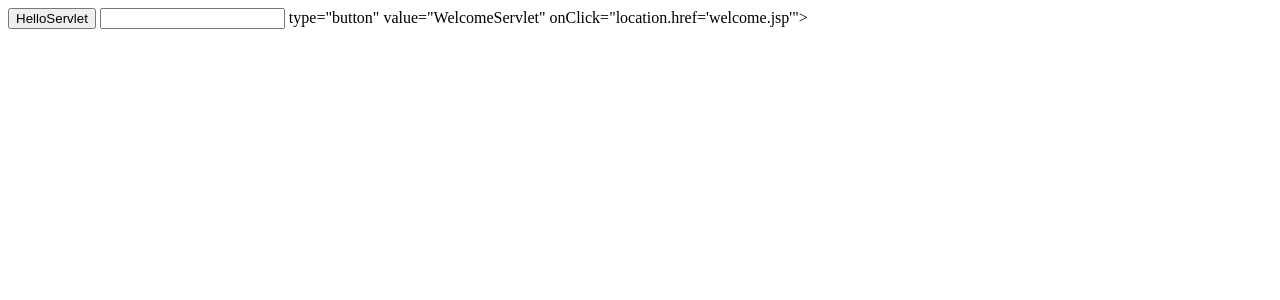
Repository: takahashisho/test
Page: http://localhost/HellpServlet/
The author's editor kept a copy of each file at every save. The page is drawn from the files as they stood at one save, then again after the next save.
The browser window is 1280 px wide. The pictures show the whole page.
The page is served by Tomcat 9.

Above is the page before, as saved 2018-03-30 10:49:31.

After the next save:
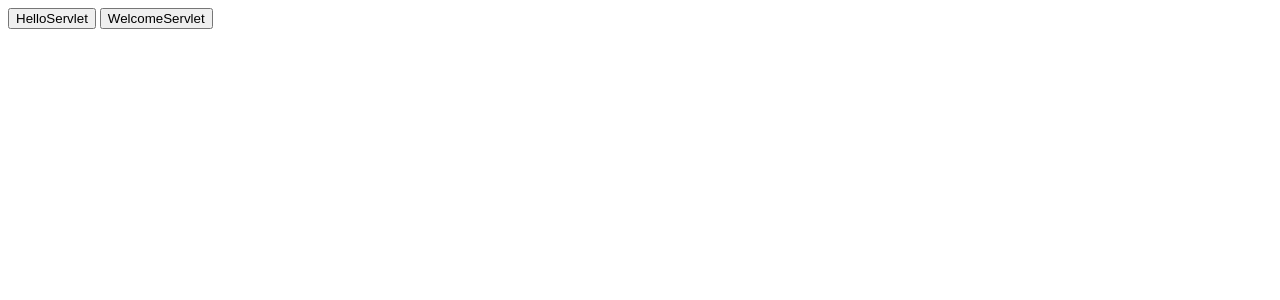
Saved 13 min 32 s later.
--- a/HellpServlet/WebContent/index.jsp
+++ b/HellpServlet/WebContent/index.jsp
@@ -4,10 +4,10 @@
 <html>
 <head>
 <meta http-equiv="Content-Type" content="text/html; charset=UTF-8">
-<title>Insert title here</title>
+<title>HelloServlet</title>
 </head>
 <body>
 <input type="button" value="HelloServlet" onClick="location.href='HelloServlet'">
-<input> type="button" value="WelcomeServlet" onClick="location.href='welcome.jsp'">
+<input type="button" value="WelcomeServlet" onClick="location.href='welcome.jsp'">
 </body>
 </html>
